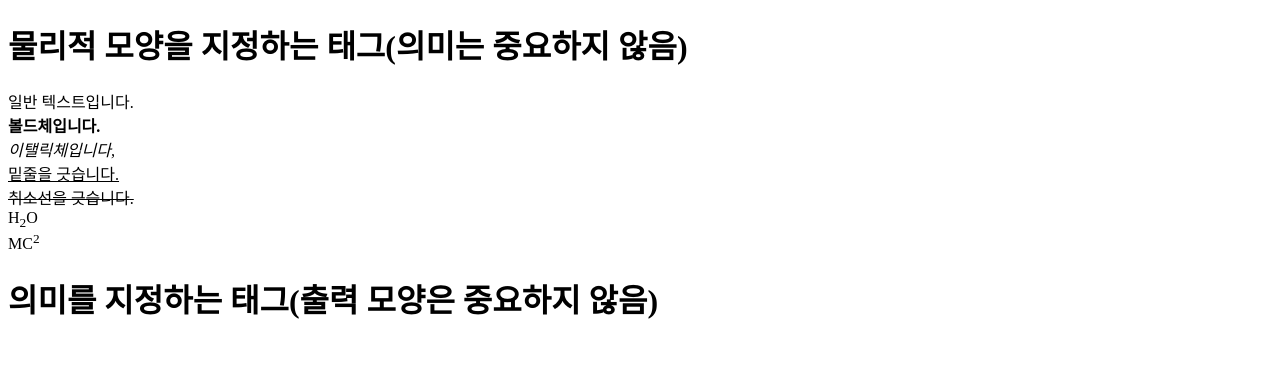
Repository: ssj5037/Class-Study
Page: [5] HTML, CSS, JavaScript/ClientTest/WebContent/Ex09_style.html
These files come from the project's save history. The page is drawn as it stood at one moment and after the next save; the edit follows.
The browser window is 1280 px wide. The pictures show the whole page.

Above is the page before, as saved 2020-06-19 00:45:10.

### [5] HTML, CSS, JavaScript/ClientTest/WebContent/Ex09_style.html
<!DOCTYPE html>
<html>
<head>
<meta charset="UTF-8">
<title>Insert title here</title>
</head>
<body>

	<!-- Ex09_style.html -->

	<h1>물리적 모양을 지정하는 태그(의미는 중요하지 않음)</h1>
	일반 텍스트입니다.<br>
	<b>볼드체입니다.</b><br> <!-- bold -->
	<i>이탤릭체입니다,</i><br> <!-- italic -->
	<u>밑줄을 긋습니다.</u><br> <!-- underline -->
	<strike>취소선을 긋습니다.</strike><br>
	H<sub>2</sub>O<br> <!-- 밑첨자 -->
	MC<sup>2</sup><br> <!-- 윗첨자 -->

	<h1>의미를 지정하는 태그(출력 모양은 중요하지 않음)</h1>

</body>
</html>

After the next save:
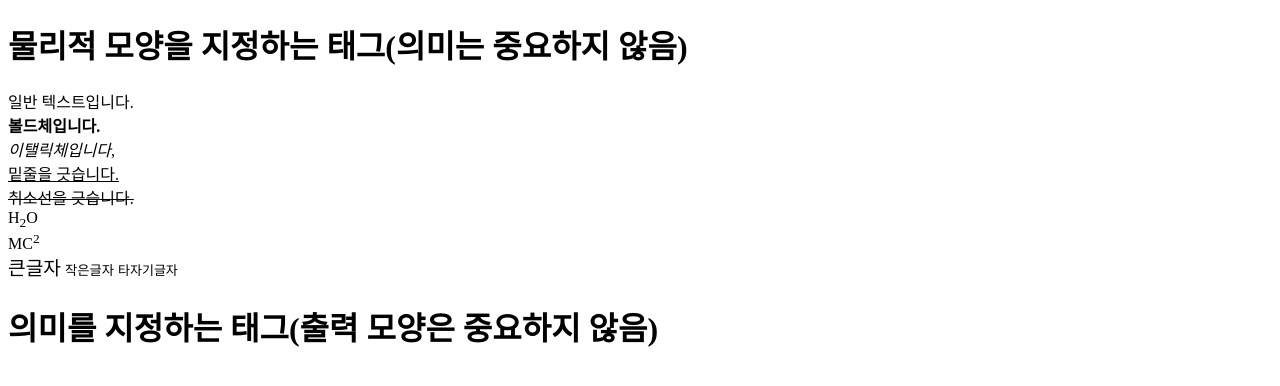
Saved 36 s later.
--- a/[5] HTML, CSS, JavaScript/ClientTest/WebContent/Ex09_style.html
+++ b/[5] HTML, CSS, JavaScript/ClientTest/WebContent/Ex09_style.html
@@ -16,6 +16,9 @@
 	<strike>취소선을 긋습니다.</strike><br>
 	H<sub>2</sub>O<br> <!-- 밑첨자 -->
 	MC<sup>2</sup><br> <!-- 윗첨자 -->
+	<big>큰글자</big>
+	<small>작은글자</small>
+	<tt>타자기글자</tt>
 
 	<h1>의미를 지정하는 태그(출력 모양은 중요하지 않음)</h1>
 
